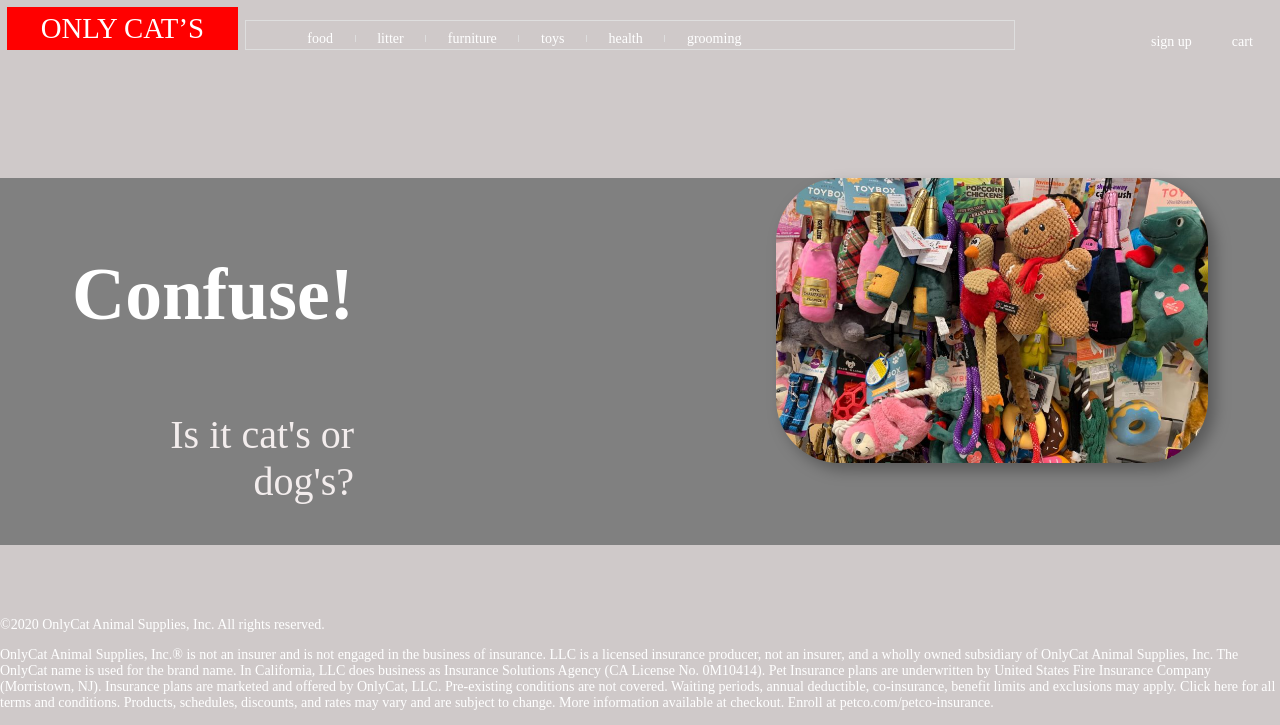
Repository: itson1115/chan_git
Page: cat/index2.html
An editor plug-in stored every save of this project. The page is shown before and after the next save, followed by the edit.
The browser window is 1280 px wide. The pictures show the whole page.

Above is the page before, as saved 2021-09-02 04:37:57.

After the next save:
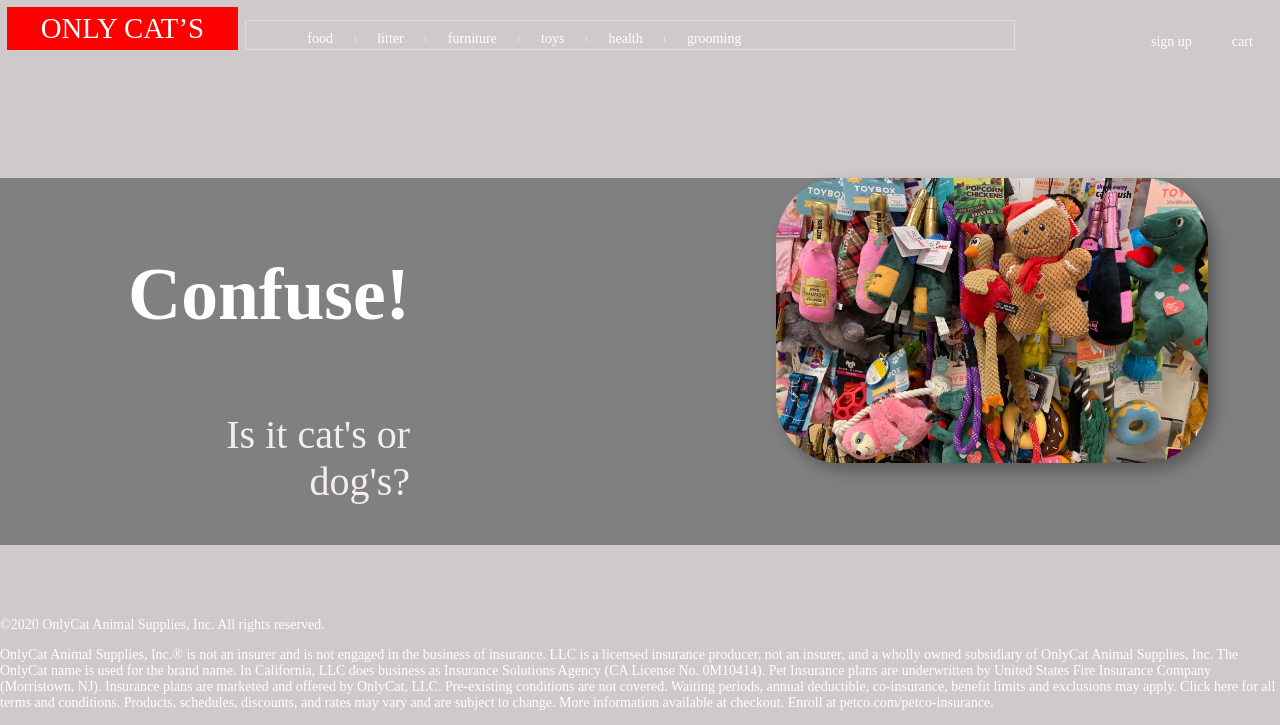
Saved 6 s later.
--- a/cat/css/style2.css
+++ b/cat/css/style2.css
@@ -101,7 +101,7 @@
 }
 
 .article-body {
-  margin-left: 10vmin;
+  margin-left: 10vmax;
   text-align: right;
 }
 
